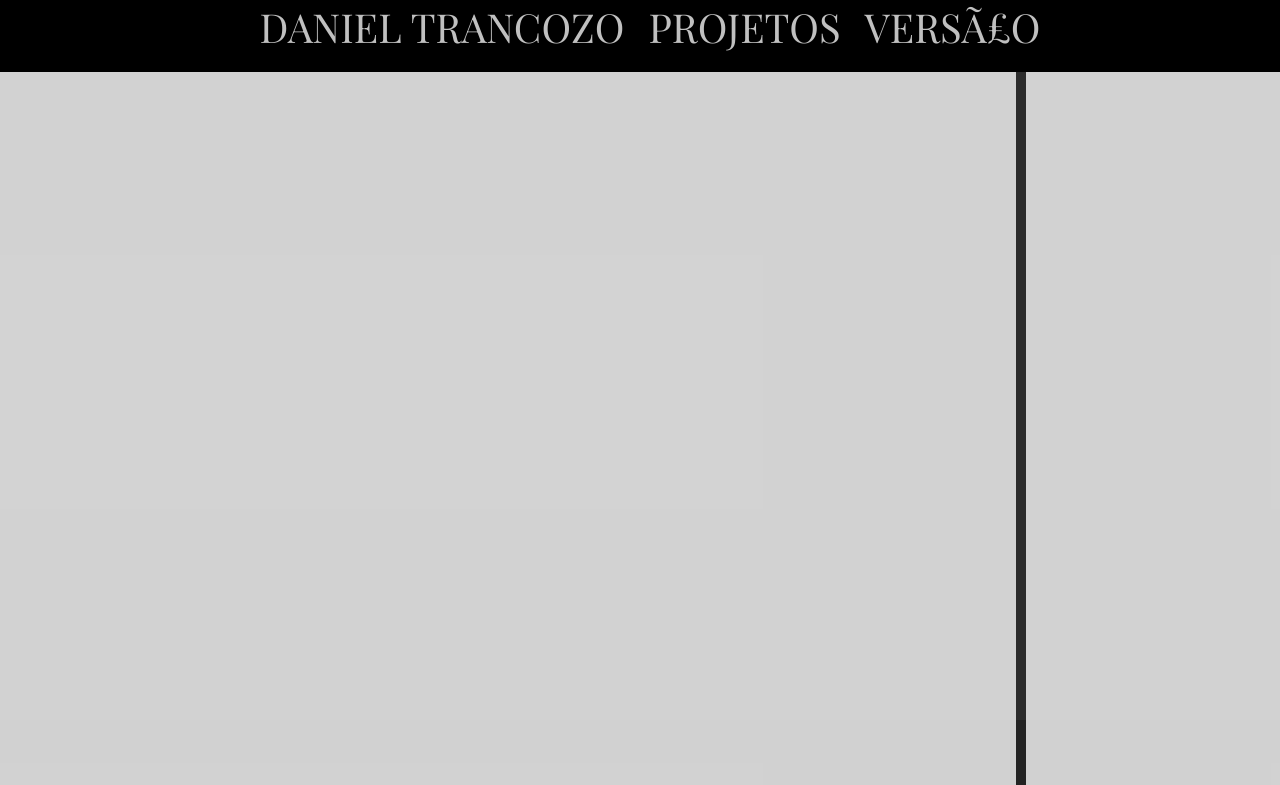
Repository: danieltrancozo/danieltrancozo.github.io
Page: index.html
These files come from the project's save history. The page is drawn as it stood at one moment and after the next save; the edit follows.
The browser window is 1280 px wide. The pictures show the whole page.

Above is the page before, as saved 2021-05-05 19:00:56.

### index.html
<!DOCTYPE html>
<meta charset="UFT-8">
<meta name="lenguage" content="pt-br">
<meta name="autor" content="Daniel Trancozo Vianna">
<meta name="description" content="Portifolio de Desenvolvedor Web">
<meta name="keywords" content="HTML, CSS, JS, web development, portifolio">
<html>

<head>
    <title>Minha P&aacutegina</title>
    <link rel="stylesheet" type="text/css" href="css/estilo3.css">
    <link rel="preconnect" href="https://fonts.gstatic.com">
    <link href="https://fonts.googleapis.com/css2?family=Playfair+Display&family=Roboto+Slab&display=swap" rel="stylesheet">
    <script>
    </script>
</head>
<body>
    <div class="container">
        <div class="cab">
            <nav class="menu">
                <ul>
                    <li><button>daniel trancozo</button></li>
                    <li><button>projetos</button></li>
                    <li><button>versão</button></li>
                </ul>
            </nav>
        </div>
        <div class="corp">
            <main></main>
            <aside></aside>
        </div>
    </div>
    <div class="t2"></div>
</body>
</html>

### css/estilo3.css
@import url('https://fonts.googleapis.com/css2?family=Playfair+Display&family=Roboto+Slab&display=swap');
* {
    margin: 0;
    padding: 0;
}
body{
    background-color: rgba(0, 0, 0, 0.863);
    color: antiquewhite;
    text-align: center;
}
.container{
    background-color: transparent;
    display: flex;
    flex-direction: column;
}
.cab{
    background-color: black;
    color: silver;
    font-family: 'Playfair Display', serif;
    height: 10%;
    width: 100%;
    position: absolute;
}
.manu ul{
    text-align: center;
    border-color: transparent;
    list-style: none;
}
.menu ul li{
    display: inline;
}
.menu ul li button{
    border: none;
    text-transform: uppercase;
    font-family: 'Playfair Display', serif;
    height: 100%;
    font-size: 30pt;
    margin-left: 20px;
    cursor: pointer;
    height: 50;
    background-color: transparent;
    color: silver;
}
.corp{
    background-color: rgb(44, 44, 44);
    color: ghostwhite;
    font-family: 'Roboto Slab', serif;
    height: 90%;
    width: 100%;
    position: absolute;
    top: 10%;
    display: grid;
    grid-template-columns: 4fr 1fr;
    grid-template-rows: 99vh;
    grid-gap: 10px;
    grid-template-areas: "main aside";
}
main, aside{
    background-color: rgba(233, 233, 233, 0.884);
    color: black;
}
main{
    grid-area: main;
}
aside{
    grid-area: aside;
}
.t2{
    background-color: transparent;
    width: 100%;
    height: 100%;
    visibility: hidden;
}

After the next save:
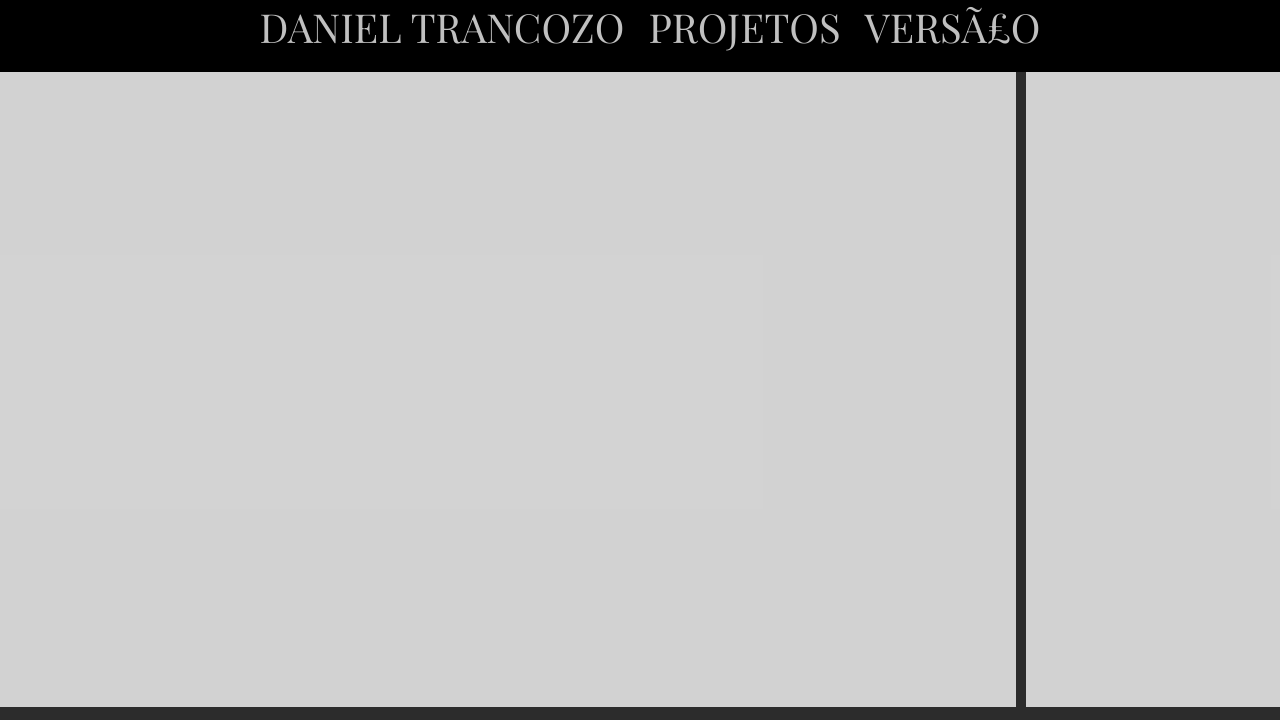
Saved 38 s later.
--- a/css/estilo3.css
+++ b/css/estilo3.css
@@ -51,7 +51,7 @@ body{
     top: 10%;
     display: grid;
     grid-template-columns: 4fr 1fr;
-    grid-template-rows: 99vh;
+    grid-template-rows: 98%;
     grid-gap: 10px;
     grid-template-areas: "main aside";
 }
